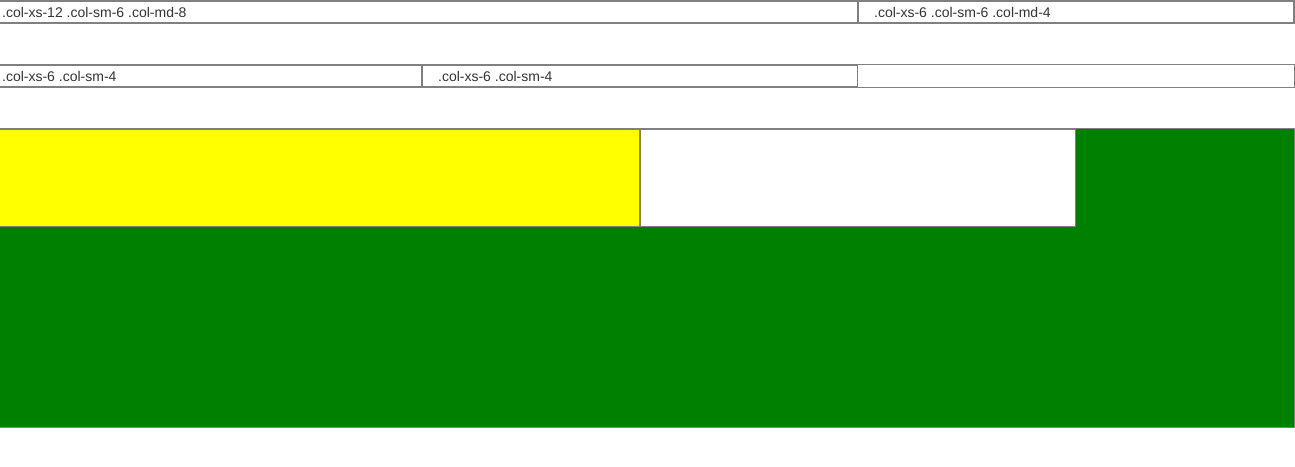
Repository: yhj4130/BootstrapStudy
Page: BootstrapWork/WebContent/BootEx07.html
An editor plug-in stored every save of this project. The page is shown before and after the next save, followed by the edit.
The browser window is 1280 px wide. The page is 1295 px wide, so the pictures cover 1295 px, including what lies to the right of the window. The pictures show the whole page.

Above is the page before, as saved 2019-06-12 05:02:44.

### BootstrapWork/WebContent/BootEx07.html
<!DOCTYPE html>
<html>
<head>
<meta charset="UTF-8">
<title>BootEx07.html</title>

<link rel="stylesheet" href="css/bootstrap.css">
<script type="text/javascript" src="js/jquery-3.4.1.min.js"></script>
<script type="text/javascript" src="js/bootstrap.min.js"></script>

<style type="text/css">
	div {border: 1px solid gray;}
</style>

</head>
<body>

<!--
	※ 그리드 시스템 → 12분할

	   사용할 클래스     『.col-xs』      『.col-sm』      『.col-md』      『.col-lg』

	   브라우저의 크기	  아주 작은 기기   작은 기기        중간 기기        큰 기기
	   (=디바이스 크기)
-->

<div class="row">
	<div class="col-xs-12 col-sm-6 col-md-8">.col-xs-12 .col-sm-6 .col-md-8</div>
	<div class="col-xs-6 col-sm-6 col-md-4">.col-xs-6 .col-sm-6 .col-md-4</div>
</div>

<br><br>

<div class="row">
	<div class="col-xs-6 col-sm-4">.col-xs-6 .col-sm-4</div>
	<div class="col-xs-6 col-sm-4">.col-xs-6 .col-sm-4</div>
</div>

<br><br>

<div class="row" style="height: 300px; background-color: green;">
	<div class="col-xs-4 col-sm-12 col-md-6" style="height: 98px; background-color: yellow;"></div>
	<div class="col-xs-4 col-sm-12 col-md-4" style="height: 98px; background-color: white;"></div>
</div>

</body>
</html>

Loaded but not shown: BootstrapWork/WebContent/css/bootstrap.css (library); BootstrapWork/WebContent/js/jquery-3.4.1.min.js (library); BootstrapWork/WebContent/js/bootstrap.min.js (library)

After the next save:
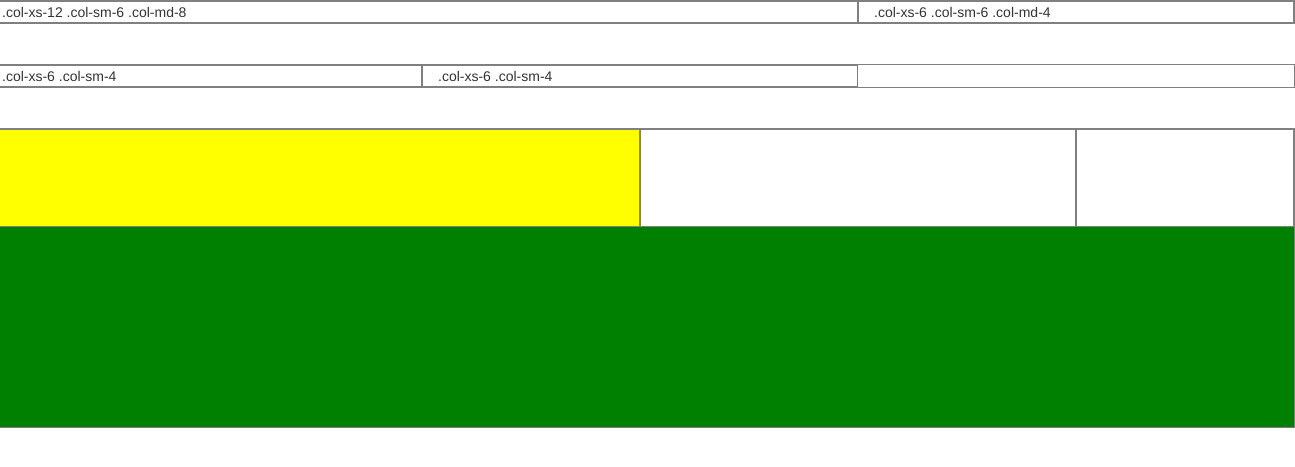
Saved 16 s later.
--- a/BootstrapWork/WebContent/BootEx07.html
+++ b/BootstrapWork/WebContent/BootEx07.html
@@ -41,6 +41,7 @@
 <div class="row" style="height: 300px; background-color: green;">
 	<div class="col-xs-4 col-sm-12 col-md-6" style="height: 98px; background-color: yellow;"></div>
 	<div class="col-xs-4 col-sm-12 col-md-4" style="height: 98px; background-color: white;"></div>
+	<div class="col-xs-4 col-sm-12 col-md-2" style="height: 98px; background-color: white;"></div>
 </div>
 
 </body>
